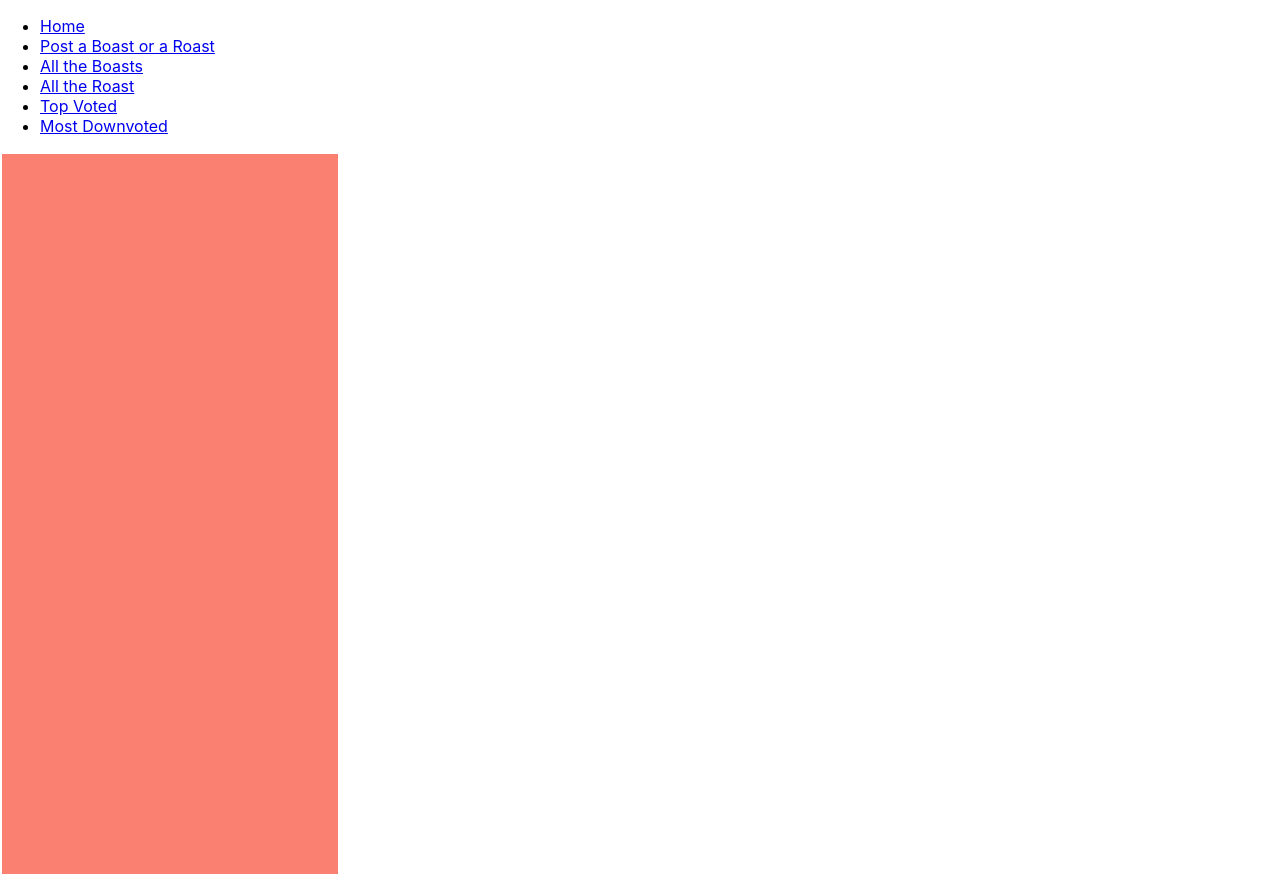
Repository: Imraj423/GhostPost_front-end
Page: /
These files come from the project's save history. The page is drawn as it stood at one moment and after the next save; the edit follows.
The browser window is 1280 px wide. The pictures show the whole page.
The page's requests for data from a server got no answer. The project was rebuilt for these pictures with package versions that can differ from the ones it lists, and the page was loaded fresh each time. No one was signed in, and anything a server would have sent is missing. Also part of the build but not shown: src/components/CreatePost/post.js, src/components/Form/form.js.

Above is the page before, as saved 2020-04-03 10:22:36.

After the next save:
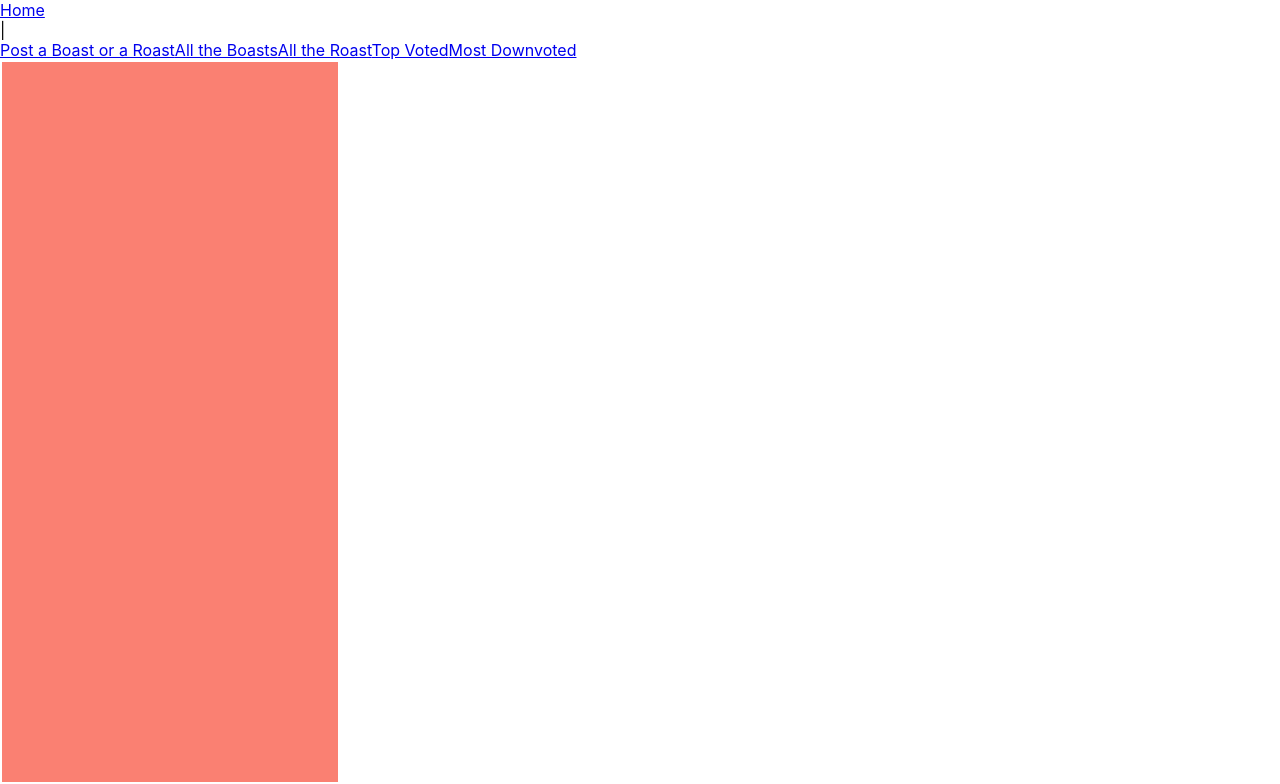
Saved 2 min 33 s later.
--- a/src/components/NavBar/nav.js
+++ b/src/components/NavBar/nav.js
@@ -4,26 +4,19 @@ export default function Navi() {
 
     return (
       <div>
-        <ul>
-          <li>
-            <a href="/">Home</a>
-          </li>
-          <li>
+
+            <a href="/">Home</a> <br />|<br />
+
             <a href="/form">Post a Boast or a Roast</a>
-          </li>
-          <li>
+
             <a href="/boasts">All the Boasts</a>
-          </li>
-          <li>
+
             <a href="/roasts">All the Roast</a>
-          </li>
-          <li>
+
             <a href="/upvotes">Top Voted</a>
-          </li>
-          <li>
+
             <a href="/downvotes">Most Downvoted</a>
-          </li>
-        </ul>
+
       </div>
     );
   }
